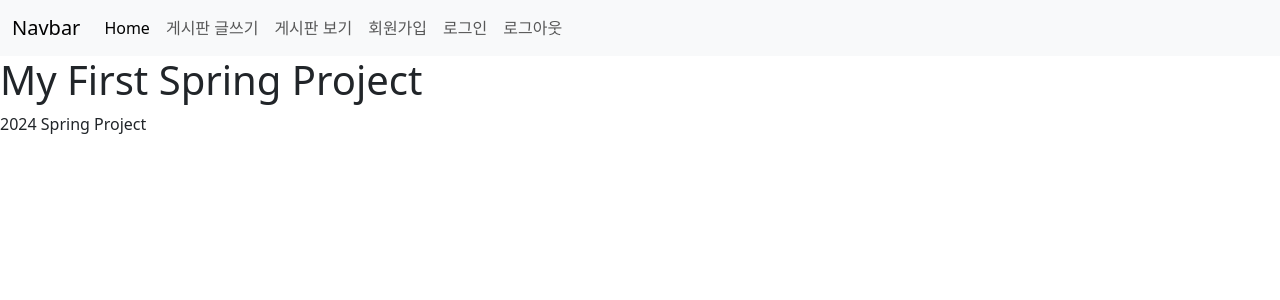
Repository: kimnoanoa/springTest240430
Page: http://localhost/spring_study/WEB-INF/views/index.jsp
The author's editor kept a copy of each file at every save. The page is drawn from the files as they stood at one save, then again after the next save.
The browser window is 1280 px wide. The pictures show the whole page.
The page is served by Tomcat 9. Nobody is signed in. The template is opened directly, without the code that normally fills it, so the values that code supplies are empty.

Above is the page before, as saved 2024-04-23 08:55:46.

### spring_study/src/main/webapp/WEB-INF/views/index.jsp
<%@ taglib uri="http://java.sun.com/jsp/jstl/core" prefix="c" %>
<%@ page language="java" contentType="text/html; charset=UTF-8" pageEncoding="UTF-8" %>
<html>
<head>
	<title>Home</title>
</head>
<body>
<jsp:include page="layout/header.jsp"></jsp:include>
<h1>
	My First Spring Project
</h1>
<jsp:include page="layout/footer.jsp"></jsp:include>

### spring_study/src/main/webapp/WEB-INF/views/layout/header.jsp
<%@ page language="java" contentType="text/html; charset=UTF-8"
    pageEncoding="UTF-8"%>
<!DOCTYPE html>
<html>
<head>
<meta charset="UTF-8">
<title>header.jsp</title>
</head>
<link href="https://cdn.jsdelivr.net/npm/bootstrap@5.3.3/dist/css/bootstrap.min.css" rel="stylesheet" integrity="sha384-QWTKZyjpPEjISv5WaRU9OFeRpok6YctnYmDr5pNlyT2bRjXh0JMhjY6hW+ALEwIH" crossorigin="anonymous">
<script src="https://cdn.jsdelivr.net/npm/bootstrap@5.3.3/dist/js/bootstrap.bundle.min.js" integrity="sha384-YvpcrYf0tY3lHB60NNkmXc5s9fDVZLESaAA55NDzOxhy9GkcIdslK1eN7N6jIeHz" crossorigin="anonymous"></script>
<body>
<nav class="navbar navbar-expand-lg bg-body-tertiary">
  <div class="container-fluid">
    <a class="navbar-brand" href="#">Navbar</a>
    <button class="navbar-toggler" type="button" data-bs-toggle="collapse" data-bs-target="#navbarSupportedContent" aria-controls="navbarSupportedContent" aria-expanded="false" aria-label="Toggle navigation">
      <span class="navbar-toggler-icon"></span>
    </button>
    <div class="collapse navbar-collapse" id="navbarSupportedContent">
      <ul class="navbar-nav me-auto mb-2 mb-lg-0">
        <li class="nav-item">
          <a class="nav-link active" aria-current="page" href="#">Home</a>
        </li>
        <li class="nav-item">
          <a class="nav-link" href="#">게시판 글쓰기</a>
        </li>
        <li class="nav-item">
          <a class="nav-link" href="#">게시판 보기</a>
        </li>
        <li class="nav-item">
          <a class="nav-link" href="#">회원가입</a>
        </li>
        <li class="nav-item">
          <a class="nav-link" href="#">로그인</a>
        </li>
        <li class="nav-item">
          <a class="nav-link" href="#">로그아웃</a>
        </li>
        </ul>
    </div>
  </div>
</nav>

### spring_study/src/main/webapp/WEB-INF/views/layout/footer.jsp
<%@ page language="java" contentType="text/html; charset=UTF-8"
    pageEncoding="UTF-8"%>
<div>
2024 Spring Project
</div>
</body>
</html>

After the next save:
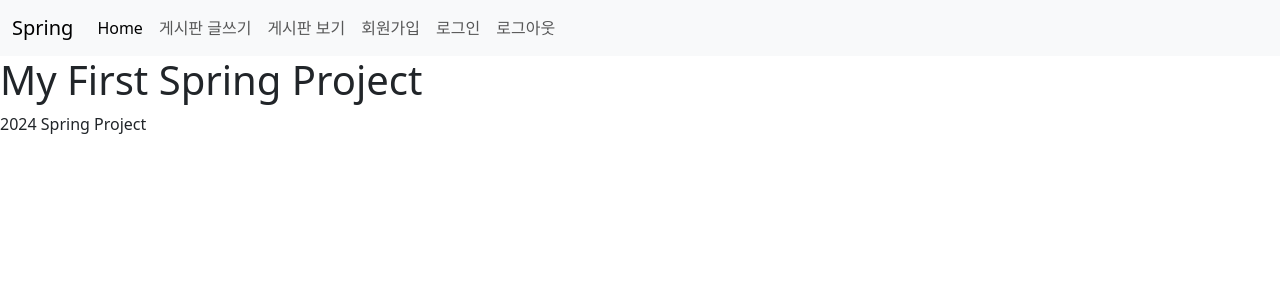
Saved 2 min 33 s later.
--- a/spring_study/src/main/webapp/WEB-INF/views/layout/header.jsp
+++ b/spring_study/src/main/webapp/WEB-INF/views/layout/header.jsp
@@ -11,7 +11,7 @@
 <body>
 <nav class="navbar navbar-expand-lg bg-body-tertiary">
   <div class="container-fluid">
-    <a class="navbar-brand" href="#">Navbar</a>
+    <a class="navbar-brand" href="#">Spring</a>
     <button class="navbar-toggler" type="button" data-bs-toggle="collapse" data-bs-target="#navbarSupportedContent" aria-controls="navbarSupportedContent" aria-expanded="false" aria-label="Toggle navigation">
       <span class="navbar-toggler-icon"></span>
     </button>
